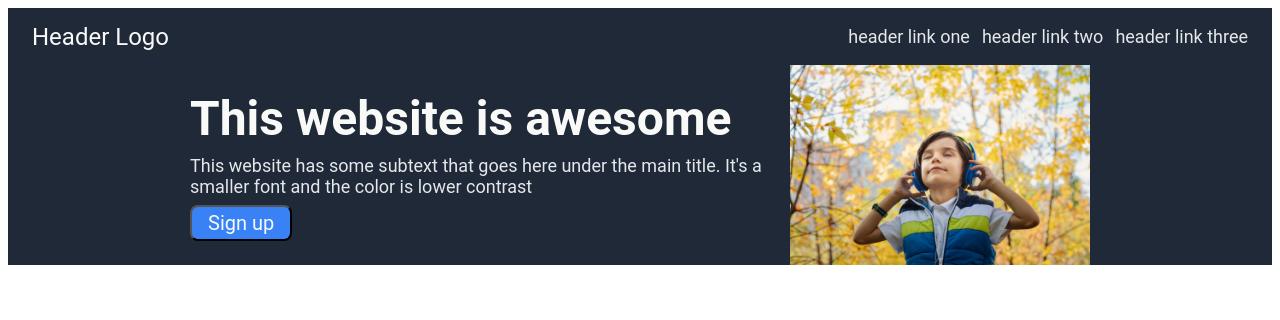
Repository: z1youRA/FirstWebsite
Page: index.html
These files come from the project's save history. The page is drawn as it stood at one moment and after the next save; the edit follows.
The browser window is 1280 px wide. The pictures show the whole page.

Above is the page before, as saved 2021-11-25 17:22:26.

After the next save:
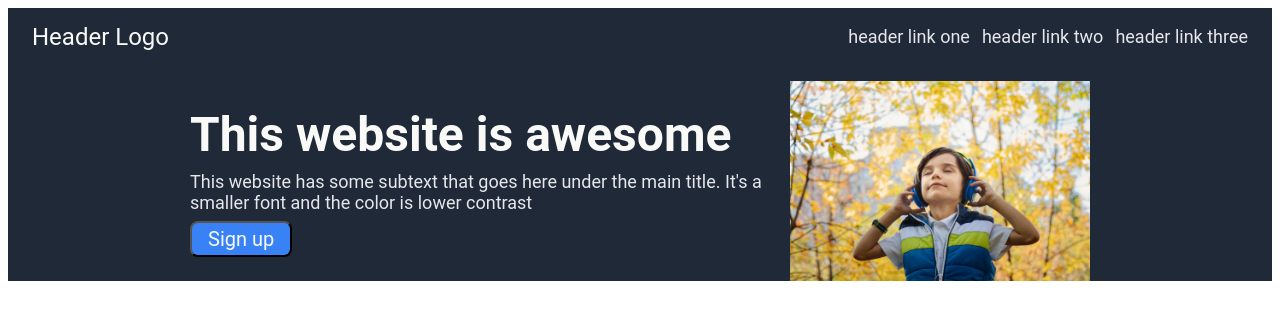
Saved 13 s later.
--- a/styles.css
+++ b/styles.css
@@ -6,6 +6,7 @@
     background-color: #1f2937;
     display: flex;
     flex-direction: column;
+    gap: 16px;
 }
 
 .header {

After the 4 saves that followed:
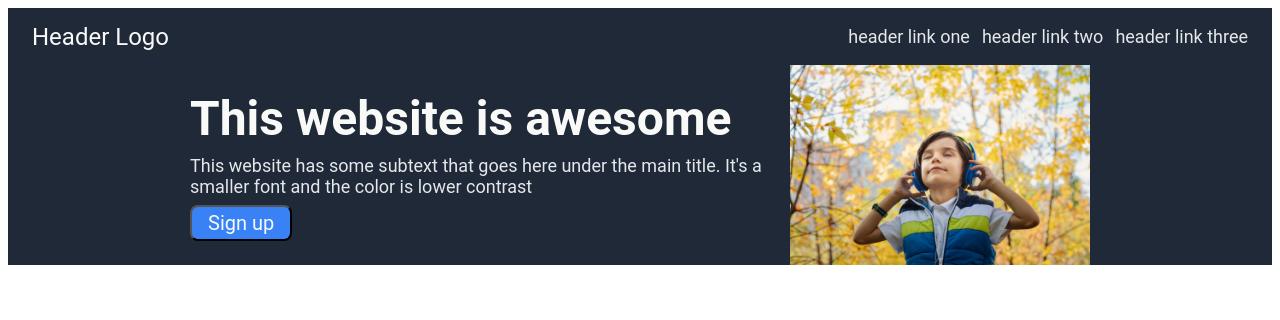
The 4 saves are shown as one change because 3 left the picture as it was.
The last was saved 42 s later.
--- a/styles.css
+++ b/styles.css
@@ -6,7 +6,7 @@
     background-color: #1f2937;
     display: flex;
     flex-direction: column;
-    gap: 16px;
+    gap:
 }
 
 .header {
